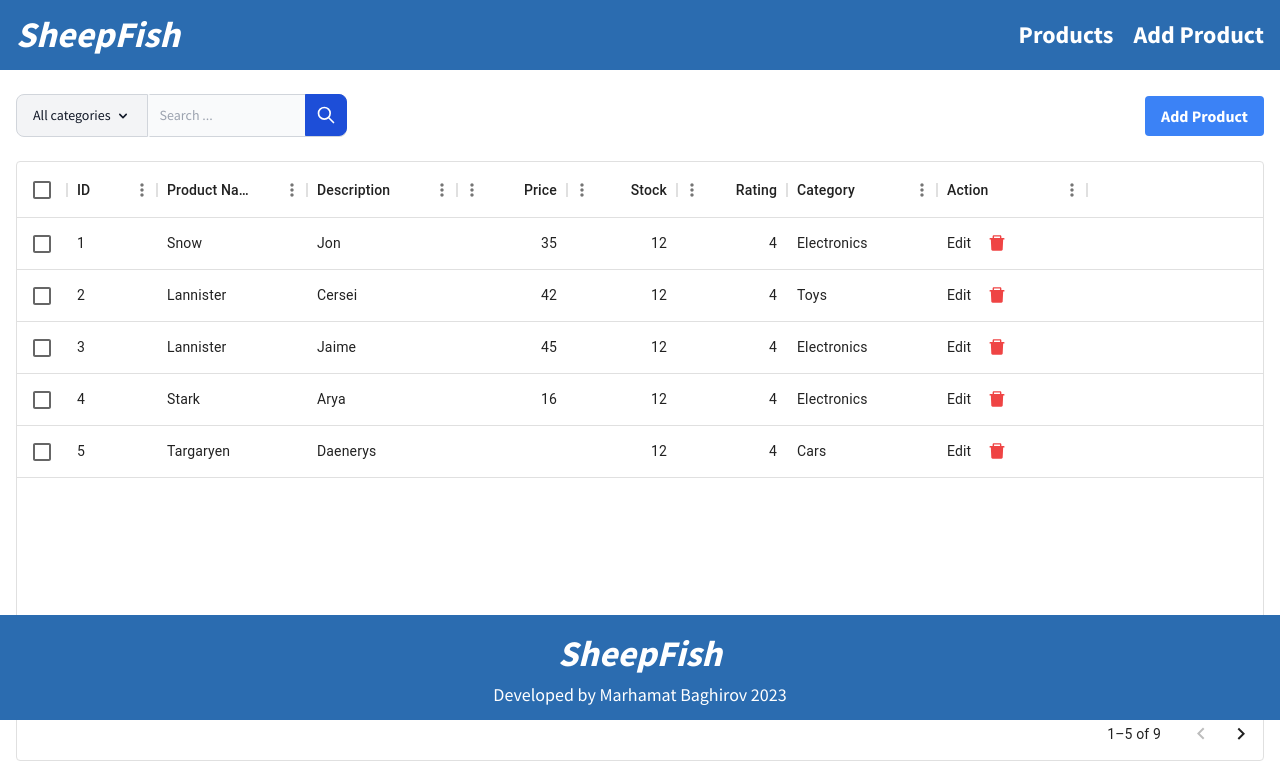
Repository: Marhamat92/sheep-fish-task
Page: /
The author's editor kept a copy of each file at every save. The page is drawn from the files as they stood at one save, then again after the next save.
The browser window is 1280 px wide. The pictures show the whole page.
The project was rebuilt for these pictures with package versions that can differ from the ones it lists, and the page was loaded fresh each time. Also part of the build but not shown: src/App.css.

Above is the page before, as saved 2023-03-28 19:25:09.

### public/index.html
<!DOCTYPE html>
<html lang="en">

<head>
  <meta charset="utf-8" />
  <link rel="icon" href="%PUBLIC_URL%/favicon.ico" />
  <meta name="viewport" content="width=device-width, initial-scale=1" />
  <meta name="theme-color" content="#000000" />
  <meta name="description" content="Web site created using create-react-app" />
  <link rel="apple-touch-icon" href="%PUBLIC_URL%/logo192.png" />
  <link rel="preconnect" href="https://fonts.googleapis.com">
  <link rel="preconnect" href="https://fonts.gstatic.com" crossorigin>
  <link href="https://fonts.googleapis.com/css2?family=Source+Sans+Pro:wght@200;300;400;600;700;900&display=swap"
    rel="stylesheet">
  <!--
      manifest.json provides metadata used when your web app is installed on a
      user's mobile device or desktop. See https://developers.google.com/web/fundamentals/web-app-manifest/
    -->
  <link rel="manifest" href="%PUBLIC_URL%/manifest.json" />
  <!--
      Notice the use of %PUBLIC_URL% in the tags above.
      It will be replaced with the URL of the `public` folder during the build.
      Only files inside the `public` folder can be referenced from the HTML.

      Unlike "/favicon.ico" or "favicon.ico", "%PUBLIC_URL%/favicon.ico" will
      work correctly both with client-side routing and a non-root public URL.
      Learn how to configure a non-root public URL by running `npm run build`.
    -->
  <title>SheepFish</title>
</head>

<body>
  <noscript>You need to enable JavaScript to run this app.</noscript>
  <div id="root"></div>
  <!--
      This HTML file is a template.
      If you open it directly in the browser, you will see an empty page.

      You can add webfonts, meta tags, or analytics to this file.
      The build step will place the bundled scripts into the <body> tag.

      To begin the development, run `npm start` or `yarn start`.
      To create a production bundle, use `npm run build` or `yarn build`.
    -->
</body>

</html>

### src/index.css
@tailwind base;
@tailwind components;
@tailwind utilities;


body {
  font-family: 'Source Sans Pro', sans-serif;
}

code {
  font-family: 'Source Sans Pro', sans-serif;
}

### src/App.tsx
import React from "react";
import logo from "./logo.svg";
import "./App.css";
import Header from "./components/Header";
import Layout from "./Layout/Layout";
import BaseRouter from "./routes";

function App() {
  return (
    <div>
      <Layout>
        <BaseRouter />
      </Layout>
    </div>
  );
}

export default App;

### src/Layout/Layout.tsx
import React from "react";
import Header from "../components/Header";
import Footer from "../components/Footer";

type Props = {
  children: React.ReactNode;
};

const Layout = ({ children }: Props) => {
  return (
    <div>
      <Header />
      {children}
      <Footer />
    </div>
  );
};

export default Layout;

### src/routes.js
import { Route, Routes } from "react-router-dom";
import React from "react";
import ProductList from "./pages/Products/ProductList";
import AddProduct from "./pages/Products/AddProduct";

const BaseRouter = () => (
  <Routes>
    <Route exact path="/" element={
      <ProductList />
    } />
    <Route exact path="/products"
      element={
        <ProductList />
      }
    />
    <Route exact path="/products/add" element={
      <AddProduct />
    } />
  </Routes>
);

export default BaseRouter;

### src/components/Header.tsx
import React, { useEffect, useState } from "react";
import { Link } from "react-router-dom";
import { BiMenu } from "react-icons/bi";

type Props = {};

const Header = (props: Props) => {
  const [mobileMenu, setMobileMenu] = useState(false);
  const [showMobileMenu, setShowMobileMenu] = useState(false);

  const checkScreenSize = () => {
    if (window.innerWidth <= 768) {
      setMobileMenu(true);
    } else {
      setMobileMenu(false);
      setShowMobileMenu(false);
    }
  };

  useEffect(() => {
    checkScreenSize();
    window.addEventListener("resize", checkScreenSize);
    return () => {
      window.removeEventListener("resize", checkScreenSize);
    };
  }, [mobileMenu]);

  return (
    <div className=' bg-mainPrimary '>
      <div className='container flex flex-row justify-between items-center py-2'>
        <div>
          <h1
            className='
            text-4xl font-bold text-white italic
          '
          >
            SheepFish
          </h1>
        </div>
        {mobileMenu ? (
          <BiMenu
            onClick={() => {
              setShowMobileMenu(true);
            }}
            className='text-3xl text-white'
          />
        ) : (
          <div className='flex flex-row justify-between space-x-5'>
            <Link to='/products'>
              <div
                className='text-2xl font-bold text-white hover:underline transition-all duration-300
          cursor-pointer'
              >
                Products
              </div>
            </Link>
            <Link to='/products/add'>
              <div className='text-2xl font-bold text-white hover:underline transition-all duration-300 cursor-pointer'>
                Add Product
              </div>
            </Link>
          </div>
        )}
        {showMobileMenu && (
          <div className='bg-mainTertiary h-screen absolute top-0 left-0 right-0 '>
            <div className='flex flex-col justify-center items-center'>
              <div className='text-2xl font-bold text-white hover:underline transition-all duration-300 cursor-pointer'>
                Products
              </div>
              <div className='text-2xl font-bold text-white hover:underline transition-all duration-300 cursor-pointer'>
                Add Product
              </div>
            </div>
          </div>
        )}
      </div>
    </div>
  );
};

export default Header;

### src/components/Footer.tsx
import React from "react";

type Props = {};

const Footer = ({}: Props) => {
  return (
    <div className='bg-mainPrimary py-3 absolute bottom-0 w-full'>
      <div className='container mx-auto flex flex-col items-center justify-center'>
        <h1 className='text-4xl font-bold text-white italic text-center'>
          SheepFish
        </h1>
        <p className='text-white font-regular text-lg text-center'>
          Developed by Marhamat Baghirov {new Date().getFullYear()}
        </p>
      </div>
    </div>
  );
};

export default Footer;

### src/pages/Products/ProductList.tsx
import React from "react";
import SearchField from "../../components/SearchField";
import ListTable from "../../components/ListTable";

type Props = {};

function ProductList({}: Props) {
  const rows = [
    {
      id: 1,
      name: "Snow",
      description: "Jon",
      price: 35,
      stock: 12,
      rating: 4,
      category: "Electronics",
    },
    {
      id: 2,
      name: "Lannister",
      description: "Cersei",
      price: 42,
      stock: 12,
      rating: 4,
      category: "Toys",
    },
    {
      id: 3,
      name: "Lannister",
      description: "Jaime",
      price: 45,
      stock: 12,
      rating: 4,
      category: "Electronics",
    },
    {
      id: 4,
      name: "Stark",
      description: "Arya",
      price: 16,
      stock: 12,
      rating: 4,
      category: "Electronics",
    },
    {
      id: 5,
      name: "Targaryen",
      description: "Daenerys",
      price: null,
      stock: 12,
      rating: 4,
      category: "Cars",
    },
    {
      id: 6,
      name: "Melisandre",
      description: null,
      price: 150,
      stock: 12,
      rating: 4,
      category: "Electronics",
    },
    {
      id: 7,
      name: "Clifford",
      description: "Ferrara",
      price: 44,
      stock: 12,
      rating: 4,
      category: "Mobiles",
    },
    {
      id: 8,
      name: "Frances",
      description: "Rossini",
      price: 36,
      stock: 12,
      rating: 4,
      category: "Electronics",
    },
    {
      id: 9,
      name: "Roxie",
      description: "Harvey",
      price: 65,
      stock: 12,
      rating: 4,
      category: "Electronics",
    },
  ];

  return (
    <div className='container mt-6'>
      <div className='flex justify-between items-center'>
        <div>
          <SearchField />
        </div>
        <div>
          <button className='bg-blue-500 hover:bg-blue-700 text-white font-bold py-2 px-4 rounded'>
            Add Product
          </button>
        </div>
      </div>
      <div className='mt-6'>
        <ListTable dataRows={rows} />
      </div>
    </div>
  );
}

export default ProductList;

### src/components/SearchField.tsx
import React from "react";

type Props = {};

const SearchField = (props: Props) => {
  return (
    <form className=''>
      <div className='flex'>
        <label
          htmlFor='search-dropdown'
          className='mb-2 text-sm font-medium text-gray-900 sr-only dark:text-white'
        >
          Your Email
        </label>
        <button
          id='dropdown-button'
          data-dropdown-toggle='dropdown'
          className='flex-shrink-0 z-10 inline-flex items-center py-2.5 px-4 text-sm font-medium text-center text-gray-900 bg-gray-100 border border-gray-300 rounded-l-lg hover:bg-gray-200 focus:ring-4 focus:outline-none focus:ring-gray-100 dark:bg-gray-700 dark:hover:bg-gray-600 dark:focus:ring-gray-700 dark:text-white dark:border-gray-600'
          type='button'
          onClick={() => {
            document.getElementById("dropdown")?.classList.toggle("hidden");

            document
              .getElementById("dropdown-button")
              ?.classList.toggle("h-10");
          }}
        >
          All categories{" "}
          <svg
            aria-hidden='true'
            className='w-4 h-4 ml-1'
            fill='currentColor'
            viewBox='0 0 20 20'
            xmlns='http://www.w3.org/2000/svg'
          >
            <path
              fillRule='evenodd'
              d='M5.293 7.293a1 1 0 011.414 0L10 10.586l3.293-3.293a1 1 0 111.414 1.414l-4 4a1 1 0 01-1.414 0l-4-4a1 1 0 010-1.414z'
              clipRule='evenodd'
            ></path>
          </svg>
        </button>
        <div
          id='dropdown'
          className='z-10 fixed hidden bg-white divide-y divide-gray-100 rounded-lg shadow w-44 dark:bg-gray-700'
        >
          <ul
            className='py-2 text-sm text-gray-700 dark:text-gray-200'
            aria-labelledby='dropdown-button'
          >
            <li>
              <button
                type='button'
                className='inline-flex w-full px-4 py-2 hover:bg-gray-100 dark:hover:bg-gray-600 dark:hover:text-white'
              >
                Mockups
              </button>
            </li>
            <li>
              <button
                type='button'
                className='inline-flex w-full px-4 py-2 hover:bg-gray-100 dark:hover:bg-gray-600 dark:hover:text-white'
              >
                Templates
              </button>
            </li>
            <li>
              <button
                type='button'
                className='inline-flex w-full px-4 py-2 hover:bg-gray-100 dark:hover:bg-gray-600 dark:hover:text-white'
              >
                Design
              </button>
            </li>
            <li>
              <button
                type='button'
                className='inline-flex w-full px-4 py-2 hover:bg-gray-100 dark:hover:bg-gray-600 dark:hover:text-white'
              >
                Logos
              </button>
            </li>
          </ul>
        </div>
        <div className='relative w-full'>
          <input
            type='search'
            id='search-dropdown'
            className='block p-2.5 w-full z-20 text-sm text-gray-900 bg-gray-50 rounded-r-lg border-l-gray-50 border-l-2 border border-gray-300    dark:placeholder-gray-400 dark:text-white  focus:ring-transparent first-letter:
            focus:ring-4 focus:outline-none focus:ring-blue-300 dark:bg-gray-600
            '
            placeholder='Search ...'
            required
          />
          <button
            type='submit'
            className='absolute top-0 right-0 p-2.5 text-sm font-medium text-white bg-blue-700 rounded-r-lg border border-blue-700 hover:bg-blue-800 focus:ring-4 focus:outline-none focus:ring-blue-300 dark:bg-blue-600 dark:hover:bg-blue-700 dark:focus:ring-blue-800'
          >
            <svg
              aria-hidden='true'
              className='w-5 h-5'
              fill='none'
              stroke='currentColor'
              viewBox='0 0 24 24'
              xmlns='http://www.w3.org/2000/svg'
            >
              <path
                strokeLinecap='round'
                strokeLinejoin='round'
                strokeWidth='2'
                d='M21 21l-6-6m2-5a7 7 0 11-14 0 7 7 0 0114 0z'
              ></path>
            </svg>
            <span className='sr-only'>Search</span>
          </button>
        </div>
      </div>
    </form>
  );
};

export default SearchField;

### src/components/ListTable.tsx
import React from "react";
import Box from "@mui/material/Box";
import { DataGrid, GridColDef, GridValueGetterParams } from "@mui/x-data-grid";
import { Link } from "react-router-dom";
import { AiFillDelete } from "react-icons/ai";

type Props = {
  dataRows: any;
};

const ListTable = ({ dataRows }: Props) => {
  const columns: GridColDef[] = [
    { field: "id", headerName: "ID", width: 90 },
    {
      field: "name",
      headerName: "Product Name",
      width: 150,
      editable: true,
    },
    {
      field: "description",
      headerName: "Description",
      width: 150,
      editable: true,
    },
    {
      field: "price",
      headerName: "Price",
      type: "number",
      width: 110,
      editable: true,
    },
    {
      field: "stock",
      headerName: "Stock",
      type: "number",
      width: 110,
      editable: true,
    },
    {
      field: "rating",
      headerName: "Rating",
      type: "number",
      width: 110,
      editable: true,
    },
    {
      field: "category",
      headerName: "Category",
      width: 150,
      editable: true,
    },

    {
      field: "action",
      headerName: "Action",
      width: 150,
      renderCell: (params) => {
        return (
          <div className='flex flex-row items-center'>
            <Link to={"/product/" + params.row.id}>
              <button className='productListEdit'>Edit</button>
            </Link>
            <AiFillDelete
              onClick={() => {
                removeProduct(params.row.id);
              }}
              className='text-xl text-red-500 cursor-pointer ml-4'
            />
          </div>
        );
      },
    },
  ];

  const removeProduct = (id: any) => {
    console.log(id);
  };

  return (
    <Box sx={{ height: 600, width: "100%" }}>
      <DataGrid
        rows={dataRows}
        columns={columns}
        initialState={{
          pagination: {
            paginationModel: {
              pageSize: 5,
            },
          },
        }}
        pageSizeOptions={[5]}
        checkboxSelection
        disableRowSelectionOnClick
      />
    </Box>
  );
};

export default ListTable;

### tailwind.config.js
/** @type {import('tailwindcss').Config} */
module.exports = {
  content: ["./src/**/*.{js,jsx,ts,tsx}",],
  theme: {
    extend: {
      colors: {
        "textPrimary": "#1a202c",
        "textSecondary": "#2d3748",
        "textTertiary": "#4a5568",
        "mainPrimary": "#2b6cb0",
        "mainSecondary": "#4299e1",
        "mainTertiary": "#63b3ed",
        "success": "#48bb78",
        "danger": "#e53e3e",
        "warning": "#dd6b20",
        "info": "#3182ce",
        "light": "#f7fafc",
        "dark": "#1a202c",
        "white": "#fff",
        "black": "#000",
        //close this
      },
      fontFamily: {
        sans: ["Roboto", "sans-serif"],
      },
      fontSize: {
        "xs": ".75rem",
        "sm": ".875rem",
        "tiny": ".875rem",
        "base": "1rem",
        "lg": "1.125rem",
        "xl": "1.25rem",
        "2xl": "1.5rem",
        "3xl": "1.875rem",
        "4xl": "2.25rem",
        "5xl": "3rem",
        "6xl": "4rem",
        "7xl": "5rem",
        "8xl": "6rem",
        "9xl": "7rem",
        "10xl": "8rem",
      },
      spacing: {
        "0": "0",
        "1": "0.25rem",
        "2": "0.5rem",
        "3": "0.75rem",
        "4": "1rem",
        "5": "1.25rem",
        "6": "1.5rem",
        "8": "2rem",
      },
      boxShadow: {
        "xs": "0 0 0 1px rgba(0, 0, 0, 0.05)",
        "sm": "0 1px 2px 0 rgba(0, 0, 0, 0.05)",
        "default": "0 1px 3px 0 rgba(0, 0, 0, 0.1), 0 1px 2px 0 rgba(0, 0, 0, 0.06)",
        "md": "0 4px 6px -1px rgba(0, 0, 0, 0.1), 0 2px 4px -1px rgba(0, 0, 0, 0.06)",
        "lg": "0 10px 15px -3px rgba(0, 0, 0, 0.1), 0 4px 6px -2px rgba(0, 0, 0, 0.05)",
        "xl": "0 20px 25px -5px rgba(0, 0, 0, 0.1), 0 10px 10px -5px rgba(0, 0, 0, 0.04)",
        "2xl": "0 25px 50px -12px rgba(0, 0, 0, 0.25)",
      },
      screens: {
        "xs": "320px",
        "sm": "640px",
        "md": "768px",
        "lg": "1024px",
        "xl": "1280px",
        "2xl": "1536px",
      },

      container: {
        center: true,
        padding: "1rem",
      },

    },
    plugins: [




    ],
  }
}

Loaded but not shown: src/index.tsx (common file); src/reportWebVitals.ts (common file); src/pages/Products/AddProduct.tsx (no stored copy; drawn as an empty file)

After the next save:
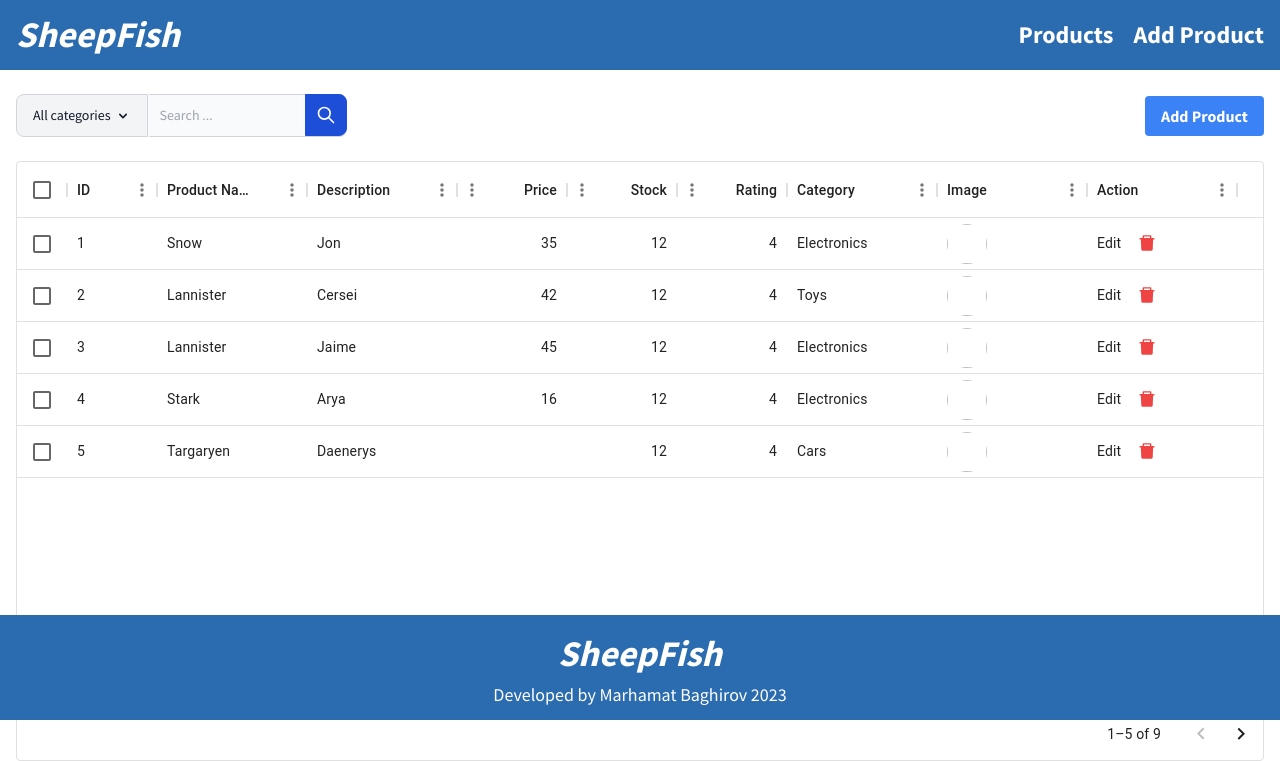
Saved 2 min 17 s later.
--- a/src/components/ListTable.tsx
+++ b/src/components/ListTable.tsx
@@ -50,6 +50,21 @@
       width: 150,
       editable: true,
     },
+    {
+      field: "image",
+      headerName: "Image",
+      width: 150,
+      editable: true,
+      renderCell: (params) => {
+        return (
+          <img
+            className='w-10 h-10 rounded-full'
+            src={params.row.image}
+            alt=''
+          />
+        );
+      },
+    },
 
     {
       field: "action",
